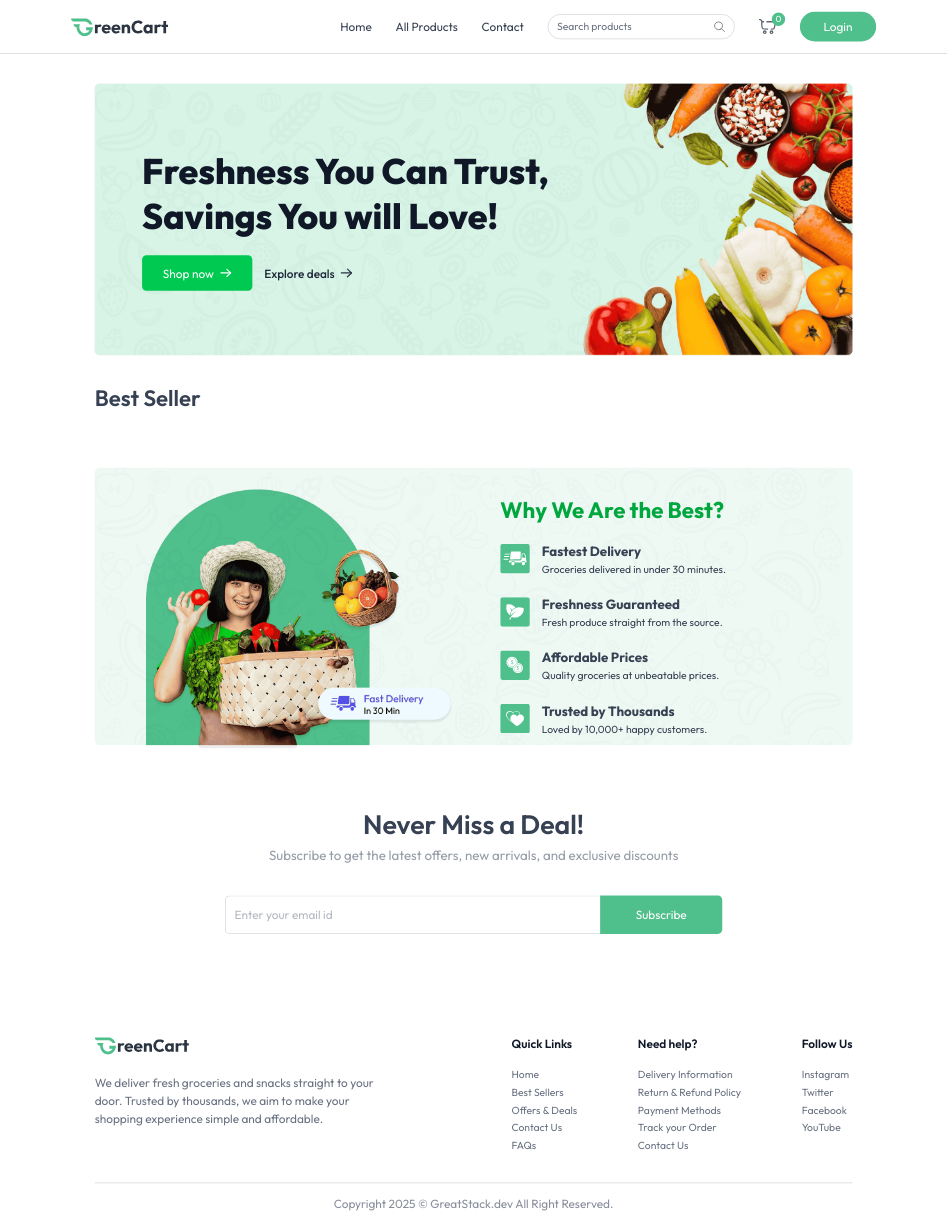
Repository: deepak445566/agro
Page: / (app in client/)
These files come from the project's save history. The page is drawn as it stood at one moment and after a run of saves; the edit follows.
The browser window is 1280 px wide. The pictures show the whole page, at 74% of full size.
The page's requests for data from a server got no answer. Some web fonts or font styles are not loaded; a fallback is used. The project was rebuilt for these pictures with package versions that can differ from the ones it lists, and the page was loaded fresh each time. No one was signed in, and anything a server would have sent is missing. Also part of the build but not shown: client/vite.config.js, client/src/components/ProductCard.jsx, client/src/components/Login.jsx, client/src/pages/AllProduct.jsx, client/src/pages/Productcato.jsx, client/src/pages/ProductDetail.jsx, client/src/pages/Cart.jsx, client/src/components/Addaddress.jsx and 7 more.

Above is the page before, as saved 2025-12-14 14:17:28.

After the next 3 saves:
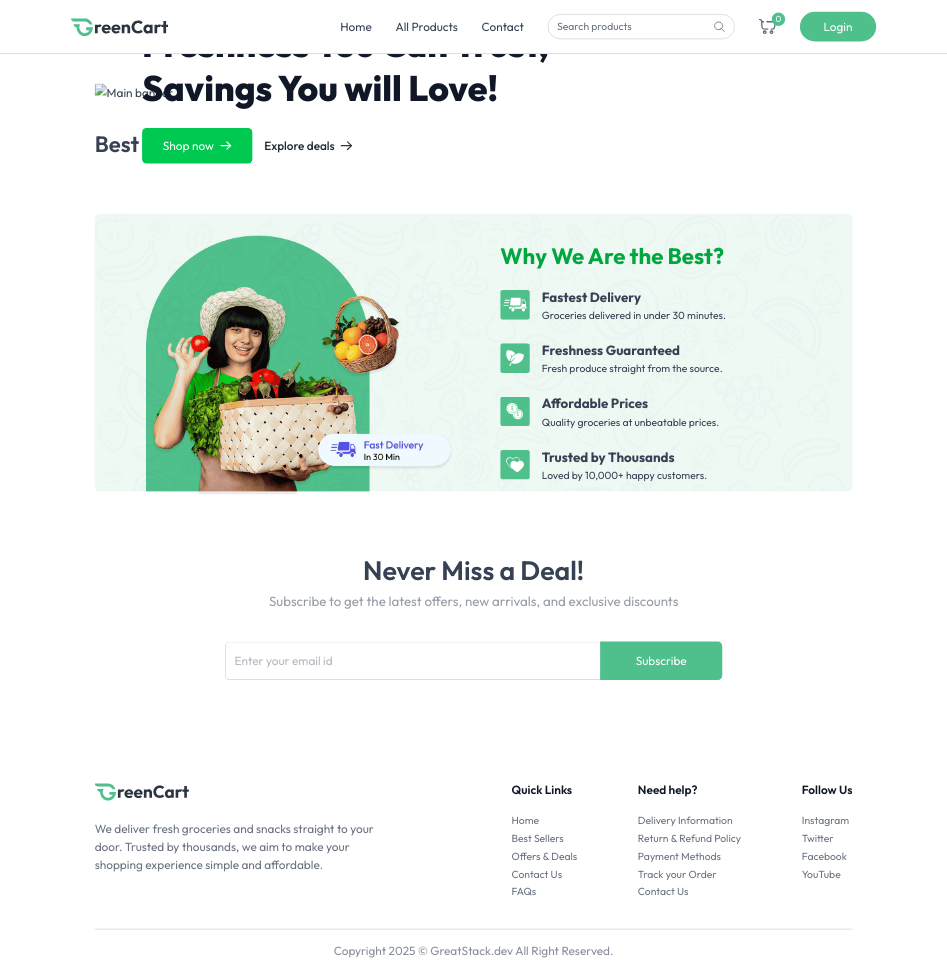
The 3 saves are shown as one change because 1 did not build or start and some came seconds apart.
The last was saved 4 min 22 s later.
--- a/client/src/components/MainBanner.jsx
+++ b/client/src/components/MainBanner.jsx
@@ -7,7 +7,7 @@
     <div className="relative w-full">
       {/* Banner image */}
       <img
-        src={assets.main_banner_bg}
+        src="/"
         alt="Main banner"
         className="w-full hidden md:block"
       />
